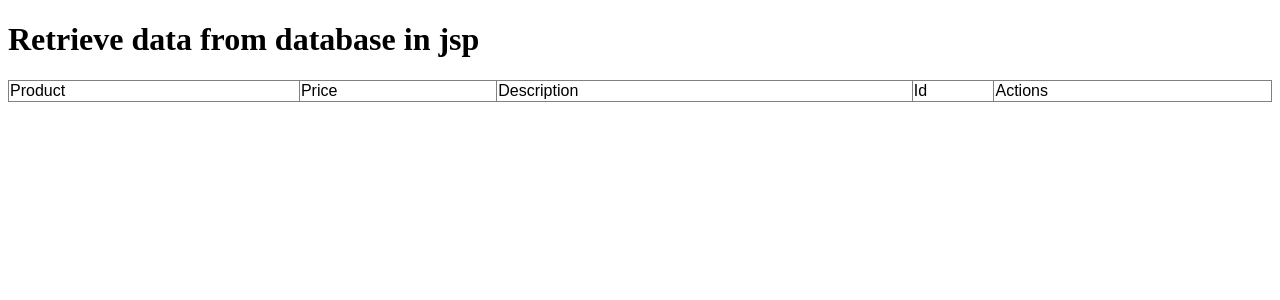
Repository: Shreya200012/FoodBox
Page: http://localhost/foodWeb/showData.jsp
These files come from the project's save history. The page is drawn as it stood at one moment and after the next save; the edit follows.
The browser window is 1280 px wide. The pictures show the whole page.
The page is served by Tomcat 9. Other server files are loaded and not shown. Queries for data that is not in the repository find no rows.

Above is the page before, as saved 2022-06-14 16:32:02.

### foodWeb/src/main/webapp/showData.jsp
<%@ page language="java" contentType="text/html; charset=ISO-8859-1"
    pageEncoding="ISO-8859-1"%>
<%@page import="java.sql.DriverManager"%>
<%@page import="java.sql.ResultSet"%>
<%@page import="java.sql.Statement"%>
<%@page import="java.sql.Connection"%>
<%
//String id = request.getParameter("userid");
String driver = "com.mysql.jdbc.Driver";
String connectionUrl = "jdbc:mysql://localhost:3306/";
String database = "foodweb";
String userid = "root";
String password = "root";
try {
Class.forName(driver);
} catch (ClassNotFoundException e) {
e.printStackTrace();
}
Connection connection = null;
Statement statement = null;
ResultSet resultSet = null;
%>
<!DOCTYPE html>
<html>
<head>
<style>
#customers {
  font-family: Arial, Helvetica, sans-serif;
  border-collapse: collapse;
  width: 100%;
}
</style>

</head>
<body>

<h1>Retrieve data from database in jsp</h1>
<table border="1" id="customers">
<tr>
<td>Product</td>
<td>Price</td>
<td>Description</td>
<td>Id</td>
<td>Actions</td>
<%
try{
connection = DriverManager.getConnection(connectionUrl+database, userid, password);
statement=connection.createStatement();
String sql ="select * from items";
resultSet = statement.executeQuery(sql);
while(resultSet.next()){
%>
<tr>
<td><%=resultSet.getString("product") %></td>
<td><%=resultSet.getString("price") %></td>
<td><%=resultSet.getString("description") %></td>
<td><%=resultSet.getString("id") %></td>
<td><button class="btn1">Active</button>   <button class="btn2">Delete</button></td>
</tr>
<%
}
connection.close();
} catch (Exception e) {
e.printStackTrace();
}
%>
</table>

</body>
</html>

After the next save:
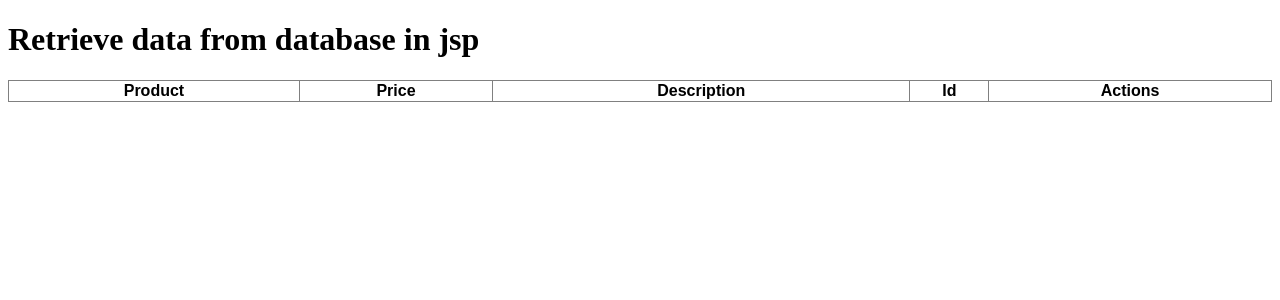
Saved 72 s later.
--- a/foodWeb/src/main/webapp/showData.jsp
+++ b/foodWeb/src/main/webapp/showData.jsp
@@ -37,11 +37,11 @@ ResultSet resultSet = null;
 <h1>Retrieve data from database in jsp</h1>
 <table border="1" id="customers">
 <tr>
-<td>Product</td>
-<td>Price</td>
-<td>Description</td>
-<td>Id</td>
-<td>Actions</td>
+<th>Product</th>
+<th>Price</th>
+<th>Description</th>
+<th>Id</th>
+<th>Actions</th>
 <%
 try{
 connection = DriverManager.getConnection(connectionUrl+database, userid, password);
